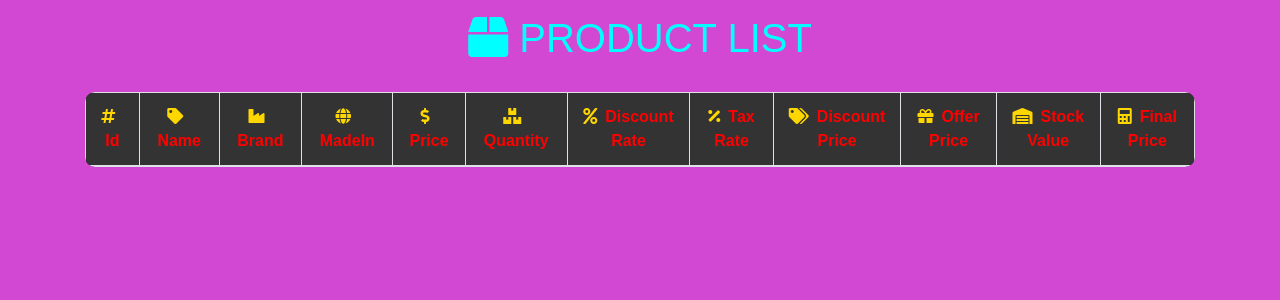
Repository: Ravi-kishor-09/Ravi-projects
Page: http://localhost/product-list
These files come from the project's save history. The page is drawn as it stood at one moment and after the next save; the edit follows.
The browser window is 1280 px wide. The pictures show the whole page.
The page is this project's Thymeleaf template; nobody is signed in. The template is opened directly, without the code that normally fills it, so the values that code supplies are empty.

Above is the page before, as saved 2024-12-20 10:21:44.

After the next save:
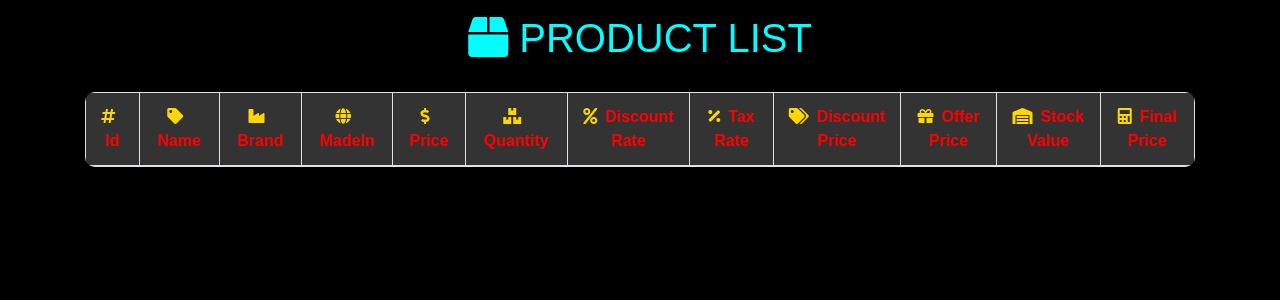
Saved 27 s later.
--- a/spring1/src/main/resources/templates/product-list.html
+++ b/spring1/src/main/resources/templates/product-list.html
@@ -10,7 +10,7 @@
     <link href="https://cdnjs.cloudflare.com/ajax/libs/font-awesome/5.15.4/css/all.min.css" rel="stylesheet">
     <style>
         body {
-            background-color: rgb(210, 72, 210);
+            background-color: black;
             color: white;
             font-family: 'Arial', sans-serif;
         }
@@ -29,7 +29,7 @@
         }
         table {
             color: white;
-            background-color: purple;
+            background-color: #1a1a1a;
             border-radius: 10px;
             overflow: hidden;
         }
